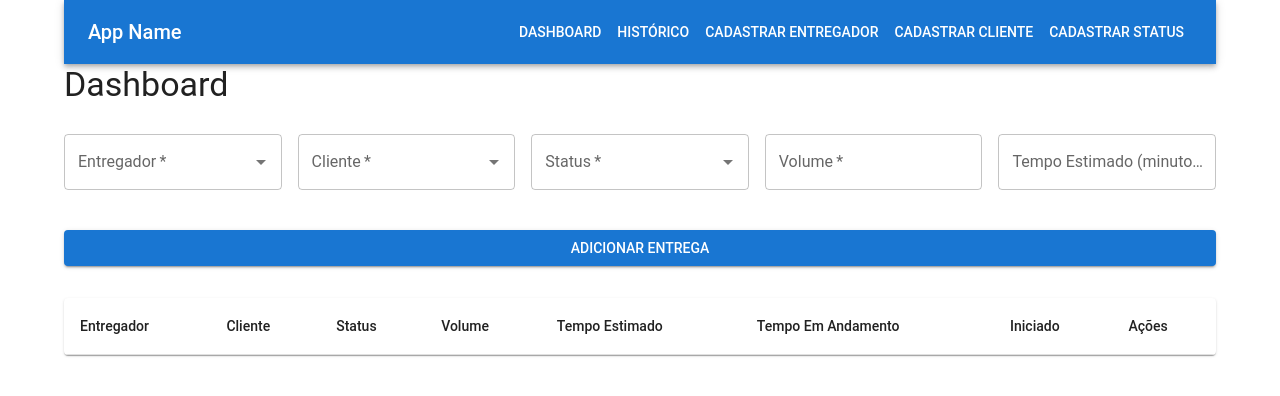
Repository: feliperanon/mobilegestao
Page: /dashboard (app in frontend/)
The author's editor kept a copy of each file at every save. The page is drawn from the files as they stood at one save, then again after the next save.
The browser window is 1280 px wide. The pictures show the whole page.
The page's requests for data from a server got no answer. The project was rebuilt for these pictures with package versions that can differ from the ones it lists, and the page was loaded fresh each time. No one was signed in, and anything a server would have sent is missing. Also part of the build but not shown: frontend/webpack.config.js, frontend/src/pages/Home.js, frontend/src/pages/History.js, frontend/src/pages/Analysis.js, frontend/src/components/Login.js, frontend/src/components/Register.js, frontend/src/components/AddEntregador.js, frontend/src/components/AddCliente.js and 1 more.

Above is the page before, as saved 2024-07-18 11:50:02.

### frontend/public/index.html
<!-- frontend/public/index.html -->

<!DOCTYPE html>
<html lang="en">
<head>
    <meta charset="UTF-8">
    <meta name="viewport" content="width=device-width, initial-scale=1.0">
    <title>Mobile Gestão</title>
</head>
<body>
    <div id="root"></div>
</body>
</html>

### frontend/src/index.js
// frontend/src/index.js

import React from 'react';
import ReactDOM from 'react-dom';
import { BrowserRouter as Router, Route, Switch } from 'react-router-dom';
import { ThemeProvider, createTheme } from '@mui/material/styles';
import CssBaseline from '@mui/material/CssBaseline';
import Home from './pages/Home';
import History from './pages/History';
import Analysis from './pages/Analysis';
import Dashboard from './components/Dashboard';
import Login from './components/Login';
import Register from './components/Register';
import AddEntregador from './components/AddEntregador';
import AddCliente from './components/AddCliente';
import AddStatus from './components/AddStatus';

const theme = createTheme({
  palette: {
    primary: {
      main: '#1976d2',
    },
    secondary: {
      main: '#dc004e',
    },
  },
  typography: {
    fontFamily: 'Roboto, Arial, sans-serif',
  },
});

ReactDOM.render(
  <ThemeProvider theme={theme}>
    <CssBaseline />
    <Router>
      <Switch>
        <Route path="/" exact component={Home} />
        <Route path="/login" component={Login} />
        <Route path="/register" component={Register} />
        <Route path="/dashboard" component={Dashboard} />
        <Route path="/history" component={History} />
        <Route path="/analysis" component={Analysis} />
        <Route path="/add-entregador" component={AddEntregador} />
        <Route path="/add-cliente" component={AddCliente} />
        <Route path="/add-status" component={AddStatus} />
      </Switch>
    </Router>
  </ThemeProvider>,
  document.getElementById('root')
);

### frontend/src/components/Dashboard.js
import React, { useEffect, useState } from 'react';
import axios from 'axios';
import {
  Container,
  Typography,
  Box,
  Button,
  Table,
  TableBody,
  TableCell,
  TableContainer,
  TableHead,
  TableRow,
  Paper,
  IconButton,
  Dialog,
  DialogActions,
  DialogContent,
  DialogContentText,
  DialogTitle,
} from '@mui/material';
import { Autocomplete, TextField } from '@mui/material';
import EditIcon from '@mui/icons-material/Edit';
import DeleteIcon from '@mui/icons-material/Delete';
import DoneIcon from '@mui/icons-material/Done';
import Navigation from './Navigation';

const Dashboard = () => {
  const [deliveries, setDeliveries] = useState([]);
  const [entregadores, setEntregadores] = useState([]);
  const [clientes, setClientes] = useState([]);
  const [statusList, setStatusList] = useState([]);
  const [entregador, setEntregador] = useState(null);
  const [cliente, setCliente] = useState(null);
  const [status, setStatus] = useState(null);
  const [volume, setVolume] = useState('');
  const [tempoEstimado, setTempoEstimado] = useState('');
  const [editDialogOpen, setEditDialogOpen] = useState(false);
  const [editDeliveryId, setEditDeliveryId] = useState(null);
  const [editEntregador, setEditEntregador] = useState(null);

  useEffect(() => {
    const fetchData = async () => {
      const deliveriesRes = await axios.get('http://localhost:5008/api/deliveries');
      const updatedDeliveries = deliveriesRes.data.map(delivery => ({
        ...delivery,
        tempoEmAndamento: Math.floor((Date.now() - new Date(delivery.iniciado)) / 60000)
      }));
      setDeliveries(updatedDeliveries);

      const entregadoresRes = await axios.get('http://localhost:5008/api/lists/entregadores');
      setEntregadores(entregadoresRes.data);

      const clientesRes = await axios.get('http://localhost:5008/api/lists/clientes');
      setClientes(clientesRes.data);

      const statusRes = await axios.get('http://localhost:5008/api/lists/status');
      setStatusList(statusRes.data);
    };

    fetchData();

    const intervalId = setInterval(() => {
      setDeliveries((prevDeliveries) =>
        prevDeliveries.map((delivery) => ({
          ...delivery,
          tempoEmAndamento: Math.floor((Date.now() - new Date(delivery.iniciado)) / 60000)
        }))
      );
    }, 60000);

    return () => clearInterval(intervalId);
  }, []);

  const handleSubmit = async (e) => {
    e.preventDefault();
    try {
      const res = await axios.post('http://localhost:5008/api/deliveries', {
        entregador: entregador?.nome,
        cliente: cliente?.nome,
        status: status?.nome,
        volume,
        tempoEstimado,
      });
      setDeliveries([{
        ...res.data,
        tempoEmAndamento: 0
      }, ...deliveries]);
      setEntregador(null);
      setCliente(null);
      setStatus(null);
      setVolume('');
      setTempoEstimado('');
    } catch (err) {
      console.error(err);
    }
  };

  const handleEditSubmit = async (e) => {
    e.preventDefault();
    try {
      await axios.patch(`http://localhost:5008/api/deliveries/${editDeliveryId}`, { entregador: editEntregador?.nome });
      const updatedDeliveries = deliveries.map((delivery) =>
        delivery._id === editDeliveryId ? { ...delivery, entregador: editEntregador?.nome } : delivery
      );
      setDeliveries(updatedDeliveries);
      setEditDialogOpen(false);
      setEditDeliveryId(null);
      setEditEntregador(null);
    } catch (err) {
      console.error(err);
    }
  };

  const handleFinalize = async (id) => {
    try {
      await axios.patch(`http://localhost:5008/api/deliveries/${id}/finalize`);
      const updatedDeliveries = deliveries.filter((delivery) => delivery._id !== id);
      setDeliveries(updatedDeliveries);
    } catch (err) {
      console.error(err);
    }
  };

  const handleDelete = async (id) => {
    try {
      await axios.delete(`http://localhost:5008/api/deliveries/${id}`);
      const updatedDeliveries = deliveries.filter((delivery) => delivery._id !== id);
      setDeliveries(updatedDeliveries);
    } catch (err) {
      console.error(err);
    }
  };

  const openEditDialog = (id, currentEntregador) => {
    setEditDeliveryId(id);
    setEditEntregador({ nome: currentEntregador });
    setEditDialogOpen(true);
  };

  const closeEditDialog = () => {
    setEditDialogOpen(false);
    setEditDeliveryId(null);
    setEditEntregador(null);
  };

  return (
    <Container>
      <Navigation />
      <Typography variant="h4" component="h1" gutterBottom>
        Dashboard
      </Typography>
      <Box component="form" onSubmit={handleSubmit} sx={{ mb: 4, display: 'flex', flexDirection: 'row', flexWrap: 'wrap', gap: 2 }}>
        <Autocomplete
          options={entregadores}
          getOptionLabel={(option) => option.nome}
          value={entregador}
          onChange={(event, newValue) => setEntregador(newValue)}
          renderInput={(params) => <TextField {...params} label="Entregador" margin="normal" fullWidth required />}
          sx={{ flex: 1 }}
        />
        <Autocomplete
          options={clientes}
          getOptionLabel={(option) => option.nome}
          value={cliente}
          onChange={(event, newValue) => setCliente(newValue)}
          renderInput={(params) => <TextField {...params} label="Cliente" margin="normal" fullWidth required />}
          sx={{ flex: 1 }}
        />
        <Autocomplete
          options={statusList}
          getOptionLabel={(option) => option.nome}
          value={status}
          onChange={(event, newValue) => setStatus(newValue)}
          renderInput={(params) => <TextField {...params} label="Status" margin="normal" fullWidth required />}
          sx={{ flex: 1 }}
        />
        <TextField
          label="Volume"
          type="number"
          value={volume}
          onChange={(e) => setVolume(e.target.value)}
          fullWidth
          required
          margin="normal"
          sx={{ flex: 1 }}
        />
        <TextField
          label="Tempo Estimado (minutos)"
          type="number"
          value={tempoEstimado}
          onChange={(e) => setTempoEstimado(e.target.value)}
          fullWidth
          required
          margin="normal"
          sx={{ flex: 1 }}
        />
        <Button type="submit" variant="contained" color="primary" sx={{ mt: 2, flexBasis: '100%' }}>
          Adicionar Entrega
        </Button>
      </Box>
      <TableContainer component={Paper}>
        <Table>
          <TableHead>
            <TableRow>
              <TableCell>Entregador</TableCell>
              <TableCell>Cliente</TableCell>
              <TableCell>Status</TableCell>
              <TableCell>Volume</TableCell>
              <TableCell>Tempo Estimado</TableCell>
              <TableCell>Tempo Em Andamento</TableCell>
              <TableCell>Iniciado</TableCell>
              <TableCell>Ações</TableCell>
            </TableRow>
          </TableHead>
          <TableBody>
            {deliveries.map((delivery) => (
              <TableRow key={delivery._id}>
                <TableCell>{delivery.entregador}</TableCell>
                <TableCell>{delivery.cliente}</TableCell>
                <TableCell>{delivery.status}</TableCell>
                <TableCell>{delivery.volume}</TableCell>
                <TableCell>{delivery.tempoEstimado}</TableCell>
                <TableCell>{delivery.tempoEmAndamento}</TableCell>
                <TableCell>{new Date(delivery.iniciado).toLocaleString()}</TableCell>
                <TableCell>
                  <IconButton onClick={() => openEditDialog(delivery._id, delivery.entregador)}>
                    <EditIcon />
                  </IconButton>
                  <IconButton onClick={() => handleFinalize(delivery._id)}>
                    <DoneIcon />
                  </IconButton>
                  <IconButton onClick={() => handleDelete(delivery._id)}>
                    <DeleteIcon />
                  </IconButton>
                </TableCell>
              </TableRow>
            ))}
          </TableBody>
        </Table>
      </TableContainer>

      <Dialog open={editDialogOpen} onClose={closeEditDialog}>
        <DialogTitle>Editar Entregador</DialogTitle>
        <DialogContent>
          <DialogContentText>Selecione um novo entregador para a entrega.</DialogContentText>
          <Autocomplete
            options={entregadores}
            getOptionLabel={(option) => option.nome}
            value={editEntregador}
            onChange={(event, newValue) => setEditEntregador(newValue)}
            renderInput={(params) => <TextField {...params} label="Entregador" margin="normal" fullWidth required />}
          />
        </DialogContent>
        <DialogActions>
          <Button onClick={closeEditDialog}>Cancelar</Button>
          <Button onClick={handleEditSubmit} color="primary">Salvar</Button>
        </DialogActions>
      </Dialog>
    </Container>
  );
};

export default Dashboard;

### frontend/src/components/Navigation.js
// frontend/src/components/Navigation.js

import React from 'react';
import { Link } from 'react-router-dom';
import { AppBar, Toolbar, Typography, Button } from '@mui/material';

const Navigation = () => {
  return (
    <AppBar position="static">
      <Toolbar>
        <Typography variant="h6" sx={{ flexGrow: 1 }}>
          App Name
        </Typography>
        <Button color="inherit" component={Link} to="/dashboard">Dashboard</Button>
        <Button color="inherit" component={Link} to="/history">Histórico</Button>
        <Button color="inherit" component={Link} to="/add-entregador">Cadastrar Entregador</Button>
        <Button color="inherit" component={Link} to="/add-cliente">Cadastrar Cliente</Button>
        <Button color="inherit" component={Link} to="/add-status">Cadastrar Status</Button>
      </Toolbar>
    </AppBar>
  );
};

export default Navigation;

After the next save:
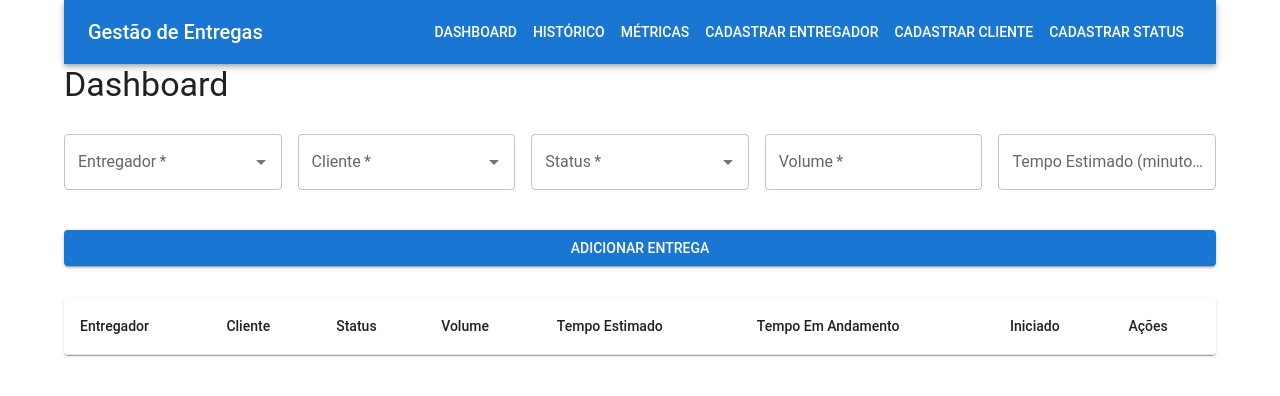
Saved 22 s later.
--- a/frontend/src/components/Navigation.js
+++ b/frontend/src/components/Navigation.js
@@ -1,5 +1,3 @@
-// frontend/src/components/Navigation.js
-
 import React from 'react';
 import { Link } from 'react-router-dom';
 import { AppBar, Toolbar, Typography, Button } from '@mui/material';
@@ -9,10 +7,11 @@ const Navigation = () => {
     <AppBar position="static">
       <Toolbar>
         <Typography variant="h6" sx={{ flexGrow: 1 }}>
-          App Name
+          Gestão de Entregas
         </Typography>
         <Button color="inherit" component={Link} to="/dashboard">Dashboard</Button>
         <Button color="inherit" component={Link} to="/history">Histórico</Button>
+        <Button color="inherit" component={Link} to="/metrics">Métricas</Button>
         <Button color="inherit" component={Link} to="/add-entregador">Cadastrar Entregador</Button>
         <Button color="inherit" component={Link} to="/add-cliente">Cadastrar Cliente</Button>
         <Button color="inherit" component={Link} to="/add-status">Cadastrar Status</Button>
